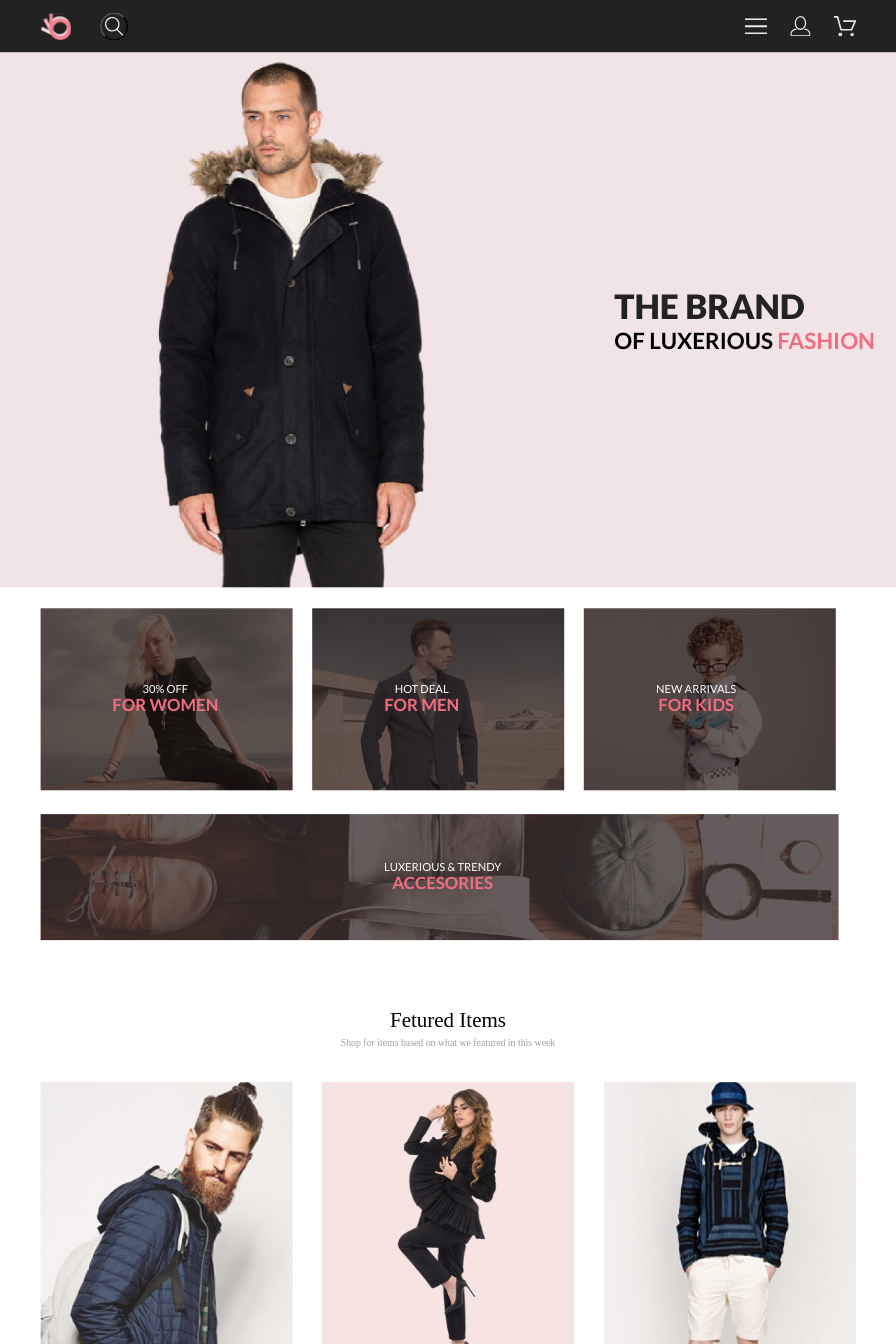
Repository: shtepaa/work-show-linkid
Page: les01/index.html
An editor plug-in stored every save of this project. The page is shown before and after the next save, followed by the edit.
The browser window is 1280 px wide. The pictures show the part of the page from y = 0 to 1920 px (the page is 3886 px tall), at 70% of full size.

Above is the page before, as saved 2022-02-15 12:19:29.

### les01/index.html
<!DOCTYPE html>
<html lang="en">
  <head>
    <meta charset="UTF-8" />
    <meta http-equiv="X-UA-Compatible" content="IE=edge" />
    <meta name="viewport" content="width=device-width, initial-scale=1.0" />
    <title>Brand</title>
    <link rel="shortcut icon" href="img/favicon.ico" type="image/x-icon" />
    <link rel="stylesheet" href="style.css" />
    <link rel="preconnect" href="https://fonts.googleapis.com" />
    <link rel="preconnect" href="https://fonts.gstatic.com" crossorigin />
    <link
      href="https://fonts.googleapis.com/css2?family=Lato:wght@700;400;900&display=swap"
      rel="stylesheet"
    />
  </head>
  <body>


        <header>
          <div class="container">
            <nav>
              <div class="flex-left">
                <img src="img/logo.svg" alt="logo" />
                <form class="searchBox">
                  <input
                    class="searchInput"
                    type="text"
                    name=""
                    placeholder="Search"
                  />
                  <button class="searchButton" href="#">
                    <img id="path" src="img/search.svg" alt="logo" />
                  </button>
                </form>
              </div>
              <div class="flex-right">
                <div class="mega-box"><img class="contact-img" src="img/menu.svg" alt="logo" />
                <div class="mega-item">

<div class="menu-box"><h3 class="menu-box--style">Menu</h3></div>
<details><summary>Man</summary>
<a class="mega-link" href="#">Accessories</a>
<a class="mega-link" href="#">Bags</a>
<a class="mega-link" href="#">Denim</a>
<a class="mega-link" href="#">T-Shirts</a>
</details>
<details><summary>WOMAN</summary>
  <a class="mega-link" href="#">Accessories</a>
  <a class="mega-link" href="#">Jackets & Coats</a>
  <a class="mega-link" href="#">Polos</a>
  <a class="mega-link" href="#">T-Shirts</a>
  </details>
  <details><summary>KIDS</summary>
    <a class="mega-link" href="#">Accessories</a>
    <a class="mega-link" href="#">Bags</a>
    <a class="mega-link" href="#">Denim</a>
    <a class="mega-link" href="#">T-Shirts</a>
    </details>



                </div>


                </div>
                <img class="contact-img" src="img/contact.svg" alt="logo" />
                <img src="img/shop.svg" alt="logo" />
              </div>
            </nav>
          </div>
        </header>
        <!-- Второй блок -->
        <div class="header-section">

          <!-- <div class="container"> -->

            <div class="header-cover">
              <div class="header-image">
              <img class="header-man"  src="img/man-new.png" alt="man" />
            </div>
            <div class="header-title">
              <div class="pink-line">
              <div class="header-column">
                <h1>The brand</h1>
                <h2>of luxerious <span class="pink-word"> fashion</span></h2>
              </div>
            </div>
            </div>
          </div>
          <!-- </div> -->


          </div>
        </div>
<!-- Третий блок -->
        <div class="container catalog-wrappet">
          <div class="catalog-block">
            <div class="catalog-project">
              <img
                class="catalog-image"
                src="img/catalog01.png"
                alt="catalog01"
              />
              <h2 class="catalog__text">
                30% off <span class="pink-word catalog-words"> for women</span>
              </h2>
            </div>
            <div class="catalog-project">
              <img
                class="catalog-image"
                src="img/catalog02.png"
                alt="catalog02"
              />
              <h2 class="catalog__text">
                hot deal <span class="pink-word catalog-words"> for men</span>
              </h2>
            </div>
            <div class="catalog-project">
              <img
                class="catalog-image"
                src="img/catalog03.png"
                alt="catalog03"
              />
              <h2 class="catalog__text">
                new arrivals
                <span class="pink-word catalog-words"> for kids</span>
              </h2>
            </div>
          </div>
          <div class="catalog-project parent">
            <img
              class="catalog-image"
              src="img/catalog04.png"
              alt="catalog04"
            />
            <h2 class="catalog__text down-parent">
              luxerious & trendy<span class="pink-word catalog-words">
                accesories</span
              >
            </h2>
          </div>
        </div>
        <!-- Четвертый блок -->
        <div class="container block-text">
          <h3 class="block-text--heading">Fetured Items</h3>
          <p class="block-text--section-text">
            Shop for items based on what we featured in this week
          </p>
        </div>
        <div class="container section-featured">
          <div class="featur_one">
            <a class="link-featur" href="#">
            <img class="featur-image"  src="img/feat01.png" alt="featur_one" /></a>
            <div class="featur-wrapper">
            <h3 class="featur-text">ELLERY X M'O CAPSULE</h3>
            <p class="featur-content">Known for her sculptural takes on traditional tailoring, Australian arbiter of cool Kym Ellery teams up with Moda Operandi.</p>
<span class="featur-price">$52.00</span></div>
          </div>
          <div class="featur_one">
            <a class="link-featur" href="#">
            <img src="img/feat02.png" alt="featur_one" /></a>
            <div class="featur-wrapper">
            <h3 class="featur-text">ELLERY X M'O CAPSULE</h3>
            <p class="featur-content">Known for her sculptural takes on traditional tailoring, Australian arbiter of cool Kym Ellery teams up with Moda Operandi.</p>
<span class="featur-price">$52.00</span></div>
          </div>
          <div class="featur_one">
            <a class="link-featur" href="#">
            <img src="img/feat03.png" alt="featur_one" /></a>
            <div class="featur-wrapper">
            <h3 class="featur-text">ELLERY X M'O CAPSULE</h3>
            <p class="featur-content">Known for her sculptural takes on traditional tailoring, Australian arbiter of cool Kym Ellery teams up with Moda Operandi.</p>
<span class="featur-price">$52.00</span></div>
          </div>
          <div class="featur_one">
            <a class="link-featur" href="#">
            <img src="img/feat04.png" alt="featur_one" /></a>
            <div class="featur-wrapper">
            <h3 class="featur-text">ELLERY X M'O CAPSULE</h3>
            <p class="featur-content">Known for her sculptural takes on traditional tailoring, Australian arbiter of cool Kym Ellery teams up with Moda Operandi.</p>
<span class="featur-price">$52.00</span></div>
          </div>
          <div class="featur_one">
            <a class="link-featur" href="#">
            <img src="img/feat05.png" alt="featur_one" /></a>
            <div class="featur-wrapper">
            <h3 class="featur-text">ELLERY X M'O CAPSULE</h3>
            <p class="featur-content">Known for her sculptural takes on traditional tailoring, Australian arbiter of cool Kym Ellery teams up with Moda Operandi.</p>
<span class="featur-price">$52.00</span></div>
          </div>
          <div class="featur_one">
            <a class="link-featur" href="#">
            <img src="img/feat06.png" alt="featur_one" /></a>
            <div class="featur-wrapper">
            <h3 class="featur-text">ELLERY X M'O CAPSULE</h3>
            <p class="featur-content">Known for her sculptural takes on traditional tailoring, Australian arbiter of cool Kym Ellery teams up with Moda Operandi.</p>
<span class="featur-price">$52.00</span></div>
          </div>

        </div>
        <div class="container browse-button">
          <a class="link-browse" href="#"> <h3 class="browse-button product-cart">Browse All Product</h3></a>

        </div>
<div class="section-icons">
  <div class="container wrapper-icons">
  <div class="first-icons">
    <img class="car-icons" src="img/car.svg" alt="car" />
    <h3 class="car-icons--text">Free Delivery</h3>
    <p class="car-icons--context">Worldwide delivery on all. Authorit tively morph next-generation innov tion with extensive models.</p>
  </div>
  <div class="first-icons">
    <img class="car-icons" src="img/discount.svg" alt="discount" />
    <h3 class="car-icons--text">Sales & discounts</h3>
    <p class="car-icons--context">Worldwide delivery on all. Authorit tively morph next-generation innov tion with extensive models.</p>
  </div>
  <div class="first-icons">
    <img class="car-icons" src="img/corona.svg" alt="corona" />
    <h3 class="car-icons--text">Quality assurance</h3>
    <p class="car-icons--context">Worldwide delivery on all. Authorit tively morph next-generation innov tion with extensive models.</p>
  </div>
</div>

</div>

<div class="quotes-section">
  <div class="container wrap-quotes">
  <div class="figure-box">
  <figure>
    <img class="figure-image" src="img/author.png" alt="author" />
    <figcaption>“Vestibulum quis porttitor dui! Quisque viverra nunc mi, a pulvinar purus condimentum“</figcaption>
  </figure></div>
  <div class="figure-box enter-mail">

    <h1 class="subscribe">SUBSCRIBE</h1>
    <h2 class="promotion">FOR OUR NEWLETTER AND PROMOTION</h2>
    <div class="subscribe-wrapper">

      <input type="email" name="email" class="subscribe-input" placeholder="Enter Your Email">
      <div class="submit-btn">SUBMIT</div>
    </div>


  </div>

</div>


      </div>
      <footer>
<div class="container footer-contant">
  <div class="copy-righ">
    <span class="copy-text">© 2021  Brand  All Rights Reserved.</span>
  </div>
  <div class="networks">
    <div class="insta instag-fig">

    </div>
    <div class="insta pint-fig"></div>
    <div class="insta last-fig"></div>
    <div class="insta "></div>
  </div>



</div>

      </footer>

  </body>
</html>

### les01/style.css
* {
  margin: 0;
  padding: 0;
}



header {
  background-color: #222;

  display: flex;
  height: 75px;
}
.header-section {
  background-color: #f1e4e6;
  /* display: flex; */
  height: 764px;
}
.container {
  margin: 0 auto;
  width: 1165px;
  display: flex;
}
.header-image {
  display: flex;
  /* background-repeat: no-repeat;
  -webkit-box-flex: 1;
  -ms-flex-positive: 1;
  flex-grow: 1; */

}
.header-man{
  /* display: flex; */
  /* display: block; */
  left: 0;
}
.header-title {
  /* width: 50%; */
  display: flex;
  flex-direction: row;
  align-items: center;
}
.header-column {
  display: flex;
  flex-direction: column;
  margin-left: 16px;
  text-transform: uppercase;
  font-family: "Lato", sans-serif;
}
h1 {
  font-weight: 900;
  font-size: 48px;
  line-height: 58px;
  color: #222;
}
h2 {
  font-weight: 700;
  font-size: 32px;
  line-height: 38px;
}
.pink-word {
  color: #f16d7f;
}
.pink-line {
  w
  border-left: 12px solid #f16d7f;
}
.header-cover {
  /* width: 100%; */
  display: flex;
  /* flex-direction: row; */
  justify-content: space-between;
  width: 1250px;
  /* margin: 0 auto; */
}

nav {
  justify-content: space-between;
  flex-direction: row;
  /* position: relative; */
  align-items: center;
  display: flex;
  height: 75px;
  width: 100%;
}
.flex-left {
  align-items: center;
  flex-direction: row;
  display: flex;
}

.contact-img {
  margin-right: 33px;
}
/* Меню бокс */
.mega-item {
  position: absolute;
  background-color: #fff;

  /* display: none; */
  padding: 37px 100px 79px 50px;
  display: none;
  margin-top: 23px;
  padding-bottom: 53px;
  /* margin-left: 155px; */
}
.mega-box {
  padding: 34px 0 30px 0;

}
.mega-box:hover .mega-item{
  display: block;
}
summary {
  display: block;
}

  summary::-webkit-details-marker {
  display: none;
}

summary {
  display: block;
  font-weight: 400;
  font-size: 14px;
  line-height: 17px;
  text-transform: uppercase;
  color: #f16d7f;
  padding-top: 20px;
  padding-bottom: 12px;
  font-family: "Lato", sans-serif;
  cursor: pointer;
}

  summary::-webkit-details-marker {
  display: none;
}

summary::before {
  content: '';
  padding-right: 0.5em;
}

details[open] > summary::before {
  content: '';
}

.menu-box--style {
  font-weight: 700;
  font-size: 14px;
  line-height: 17px;
  text-transform: uppercase;
  padding-bottom: 4px;
  font-family: "Lato", sans-serif;
}
/* .pink-box {

} */
.mega-link {
  font-family: "Lato", sans-serif;
  display: block;
  text-decoration: none;
  font-size: 14px;
  line-height: 17px;
  color: #6f6e6e;
  font-weight: 400;
  padding: 12px 0px 11px 15px;
}
.mega-link:hover{
  color: #F16D7F;
}
.flex-right {
  display: flex;
  align-items: center;
  position: relative;
  /* padding-bottom: 23px; */
}
img {
  cursor: pointer;
}

/* search form*/
form {
  margin-left: 41px;
}

.searchBox:hover > .searchInput {
  padding: 0 6px;
  width: 240px;
}

.searchBox:hover > .searchButton {
  background: #222;
  color: #2f3640;
}

.searchButton {
  justify-content: center;
  align-items: center;
  background: #222;
  border-radius: 50%;
  color: white;
  float: right;
  width: 40px;
  height: 40px;
  display: flex;
  transition: 0.4s;
}

.searchInput {
  border: none;
  background: none;
  outline: none;
  float: left;
  padding: 0;
  color: white;
  font-size: 16px;
  transition: 0.4s;
  line-height: 40px;
  width: 0px;
}

@media screen and (max-width: 620px) {
  .searchBox:hover > .searchInput {
    width: 150px;
    padding: 0 6px;
  }
}

/* Третий блок */

.catalog-wrappet {
  display: flex;
  /* flex-direction: row; */
  flex-wrap: wrap;
  justify-content: space-between;
  max-width: 1165px;
  margin: 0 auto;
}
.catalog-project {
  margin-top: 30px;
  position: relative;
  flex-grow: 1;
}
/* .catalog-image:last-of-type {
  width: 100%;

} */
.catalog__text {
  position: absolute;
  display: block;
  z-index: 100;
  left: 103px;
  top: 105px;
  box-sizing: border-box;
  font-size: 16px;
  line-height: 19px;
  text-align: center;
  font-family: Lato;
  color: #fff;
  text-transform: uppercase;
  font-weight: 400;
  display: flex;
  flex-direction: column;
  /* left: 0; */
}
.catalog-words {
  font-size: 24px;
  line-height: 28px;
  text-align: center;
  font-family: "Lato", sans-serif;
  font-weight: 700;
}
.catalog-block {
  display: flex;
  justify-content: space-between;
  flex-direction: row;
  width: 100%;
}
.parent {
  display: flex;
  width: 100%;
  /* justify-content: space-between; */
}
.down-parent {
  left: 491px;
  top: 65px;
}
/* Четвертый блок */
.block-text {
  padding-top: 96px;
  display: flex;
  flex-direction: column;
  box-sizing: content-box;
  align-items: center;
}
.block-text--heading {
  font-weight: normal;
  font-size: 30px;
  line-height: 36px;
}
.block-text--section-text {
  padding-top: 6px;
  font-weight: normal;
  font-size: 14px;
  line-height: 17px;
  color: #9f9f9f;
}
/* Пятый блок */
.section-featured{
  max-width: 1165px;
  display: flex;
  flex-direction: row;
  flex-wrap: wrap;
  padding-top: 18px;
  justify-content: space-between;
}
.featur_one{
  display: flex;
  flex-direction: column;
  max-width: 360px;
  background-color: #F8F8F8;
  margin-top: 30px;
}
.featur-text{
  margin-top: 25px;
  font-size: 13px;
line-height: 16px;
font-family: "Lato", sans-serif;
font-weight: 400;
}
.featur-content{
  color: #5D5D5D;
  font-weight: 300;
font-size: 14px;
line-height: 17px;
font-family: "Lato", sans-serif;
padding-top: 12px;
}
.featur-price{
  color:  #F16D7F;
  font-size: 16px;
line-height: 19px;
font-weight: 400;
padding-top: 18px;
}
.featur-wrapper{
  padding-left: 18px;
  padding-bottom: 20px;
  display: flex;
  flex-direction: column;
}
.browse-button{
  /* align-items: center; */
  /* display: block; */
  max-width: 1165px;
  display: flex;
  justify-content: center;
  margin-top: 63px;

}
.link-browse{
  text-decoration: none;
}
.product-cart{
  color: #fff;
  border: 1px solid #FF6A6A;
  box-sizing: border-box;
  align-items: center;
  width: 211px;
  padding: 15px 38px;
  font-size: 16px;
line-height: 19px;
font-weight: 400;
background-color: #F16D7F;
}
/* конец кнопки */
.section-icons {
  background-color: #222224;
  display: flex;
  height: 341px;

  /* justify-content: space-between; */
  margin-top: 95px;
}
.first-icons{
  display: flex;
  flex-direction: column;
  max-width: 343px;
  justify-content: center;
  align-items: center;
  text-align: center;


}
.car-icons{
  width: 44px;
  height: 31px;
  padding-top: 103px;
  padding-bottom: 28px;
}
.wrapper-icons{
  max-width: 1165px;
  display: flex;
  flex-direction: row;
  justify-content: space-between;
}
.car-icons--context{
  padding-top: 16px;
  font-weight: 300;
font-size: 13.972px;
line-height: 17px;
color: #FBFBFB;
padding-bottom: 104px;
}
.car-icons--text{
  font-size: 19.96px;
line-height: 24px;
color: #FBFBFB;
font-weight: 400;
}
/* Квотес секция */
.quotes-section{
  background-image: url(img/photo-subscribe.png );
  height: 448px;
  background-repeat: no-repeat;
  background-size: 100%;

}
.wrap-quotes{
  display: flex;
  flex-direction: row;
  max-width: 1165px;
  justify-content: space-between;

}
.figure-box{
  display: flex;
  flex-direction: column;
  width: 343px;
  justify-content: center;
  /* align-items: center; */
  text-align: center;

}
.figure-image{
  width: 96px;
  height: 96px;
  padding-top: 97px;
}
figcaption{
  padding-top: 30px;
  font-size: 20px;
line-height: 24px;
font-weight: 400;
font-family: "Lato", sans-serif;
color: #222224;

}
.subscribe{
  font-family: "Lato", sans-serif;
  font-weight: 700;
  font-size: 24px;
  line-height: 37px;
  padding-top: 150px;
}
.promotion{
  font-family: "Lato", sans-serif;
  font-weight: 400;
  font-size: 18px;
  line-height: 30px;
}
.enter-mail{
  width: 557px;
}
.subscribe-wrapper{
  display: flex;
  justify-content: center;
  margin-top: 39px;

  border-radius: 10px;
  width: 356px;
  margin: 0 auto;
  padding-top: 32px;
}
.subscribe-input{
width: 256px;
border-radius: 30px;
  border-bottom-right-radius: 0;
  border-top-right-radius: 0;
  border-color: #E1E1E1;
  background-color: #E1E1E1;
}
.submit-btn{
  width: 100px;
  border-radius: 30px;
  border-bottom-left-radius: 0;
  border-top-left-radius: 0;
  background-color: #E05C6E;
  height: 49px;
  color: #fff;
  text-align: center;
  align-items: center;
  font-size: 14px;
line-height: 17px;
display: flex;
font-weight: 400;
padding: 10px;
}
::placeholder{
  padding-left: 22px;
  padding-top: 7px;
  padding-bottom: 6px;
  font-size: 14px;
line-height: 17px;
opacity: 0.67;
color: #222224;
}
footer{
  height: 79px;
  background-color: #222224;
  display: flex;
}
.footer-contant{
  display: flex;
  flex-direction: row;
  max-width: 1165px;
  align-items: center;
  justify-content: space-between;
}
.copy-text{
  padding-top: 30px;
  font-size: 16px;
line-height: 19px;
font-weight: 400;
color: #FBFBFB;
}
.networks{
  display: flex;
  flex-direction: row;


}
.insta{
  height: 32px;
  width: 31px;
  background-color: #fff;
  display: flex;

}
.last-fig{
  margin-right: 7px;
}
.pint-fig{
  margin-right: 7px;
}
.instag-fig{
  margin-right: 7px;
}
.insta:hover{
  background-color: #E05C6E;

}

### les01/img/search.svg
<svg width="27" height="28" viewBox="0 0 27 28" fill="#E8E8E8" xmlns="http://www.w3.org/2000/svg" id="path">
<path d="M19.0596 17.6259C20.6713 15.8658 21.6282 13.6048 21.7698 11.2225C21.9113 8.84018 21.2288 6.48173 19.8369 4.54318C18.445 2.60463 16.4285 1.20404 14.126 0.576619C11.8234 -0.0508009 9.3751 0.13316 7.19217 1.09761C5.00923 2.06205 3.22463 3.74825 2.13804 5.87302C1.05145 7.9978 0.729054 10.4318 1.225 12.7661C1.72094 15.1005 3.00501 17.1932 4.86158 18.6927C6.71814 20.1922 9.03413 21.0072 11.4206 21.0009C13.673 21.004 15.8645 20.27 17.6606 18.9109L25.4086 26.7179C25.4941 26.807 25.5965 26.8781 25.7099 26.927C25.8232 26.9759 25.9452 27.0017 26.0686 27.0029C26.1923 27.0033 26.3148 26.9782 26.4283 26.9292C26.5419 26.8801 26.6441 26.8082 26.7286 26.7179C26.9025 26.537 26.9997 26.2958 26.9997 26.0449C26.9997 25.794 26.9025 25.5528 26.7286 25.3719L19.0596 17.6259ZM2.88662 10.5009C2.89946 8.81563 3.41094 7.17187 4.35659 5.77685C5.30224 4.38183 6.63972 3.29801 8.20044 2.662C9.76115 2.02599 11.4752 1.86627 13.1266 2.20298C14.7779 2.53969 16.2926 3.35775 17.4797 4.55404C18.6668 5.75033 19.4732 7.27129 19.7972 8.92519C20.1212 10.5791 19.9483 12.2919 19.3002 13.8476C18.6522 15.4034 17.5581 16.7325 16.1559 17.6674C14.7536 18.6023 13.1059 19.1011 11.4206 19.1009C9.14916 19.0901 6.97482 18.1784 5.37484 16.566C3.77486 14.9537 2.87998 12.7724 2.88662 10.5009Z" fill="#E8E8E8"/>
</svg>

Loaded but not shown: les01/img/car.svg (3 lines, source omitted)

After the next save:
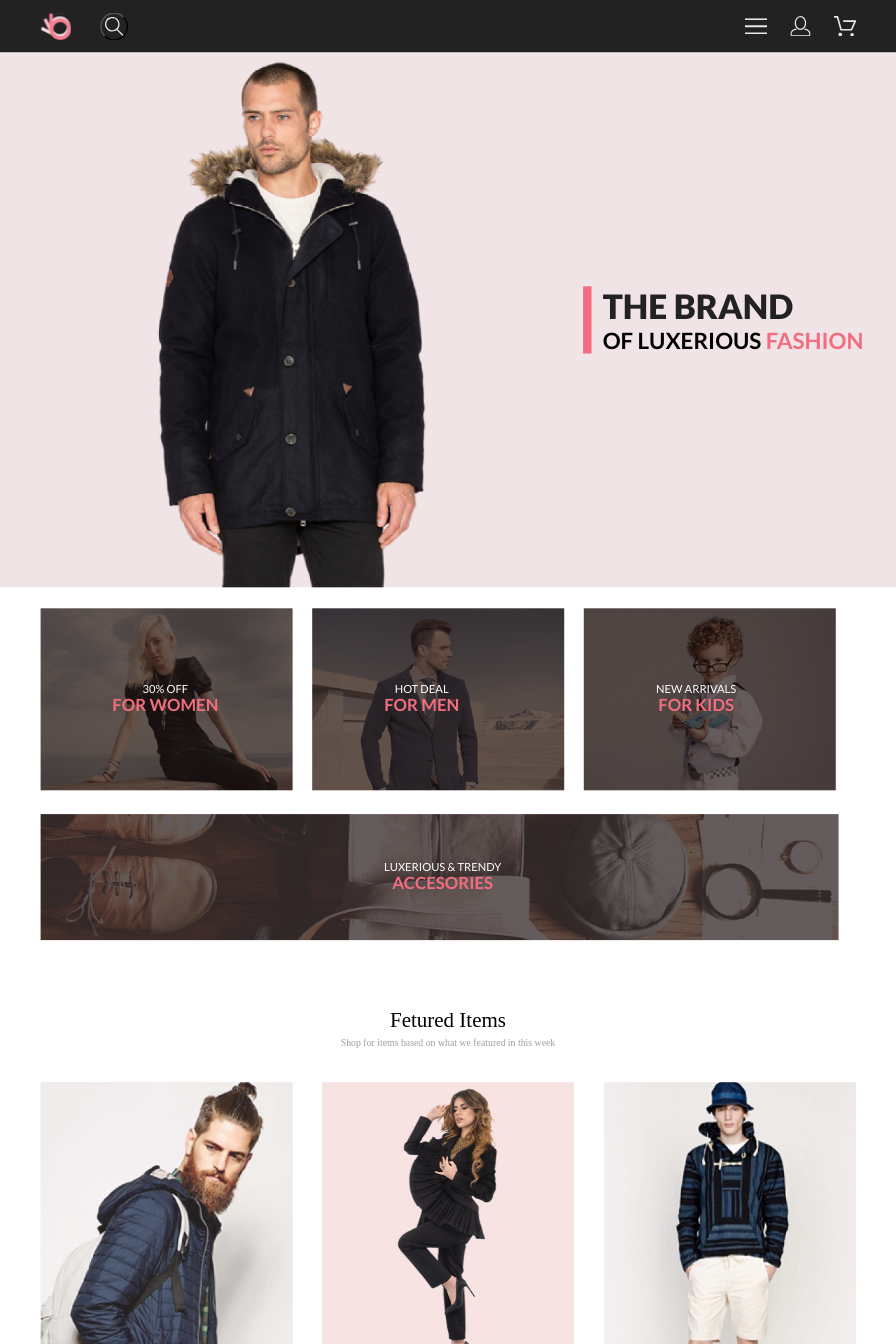
Saved 4 s later.
--- a/les01/style.css
+++ b/les01/style.css
@@ -62,7 +62,7 @@ h2 {
   color: #f16d7f;
 }
 .pink-line {
-  w
+  width: 405px;
   border-left: 12px solid #f16d7f;
 }
 .header-cover {
